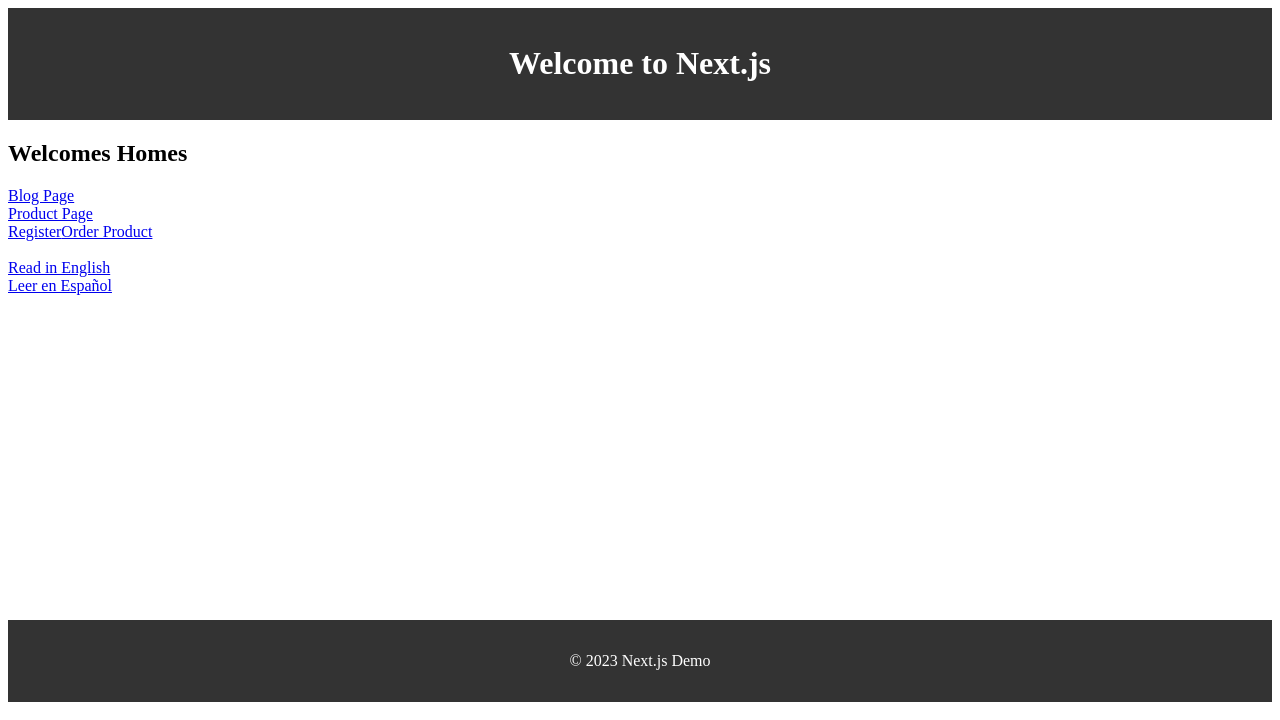
Repository: JasonMorta/NextJs-13_Basics
Page: / (app in NEXTJS15/next13-demo/)
These files come from the project's save history. The page is drawn as it stood at one moment and after the next save; the edit follows.
The browser window is 1280 px wide. The pictures show the whole page.
The project was rebuilt for these pictures with package versions that can differ from the ones it lists, and the page was loaded fresh each time. The framework's server and built-in components were replaced by stand-ins that run in the browser. Also part of the build but not shown: NEXTJS15/next13-demo/next.config.ts.

Above is the page before, as saved 2025-03-03 09:34:05.

After the next save:
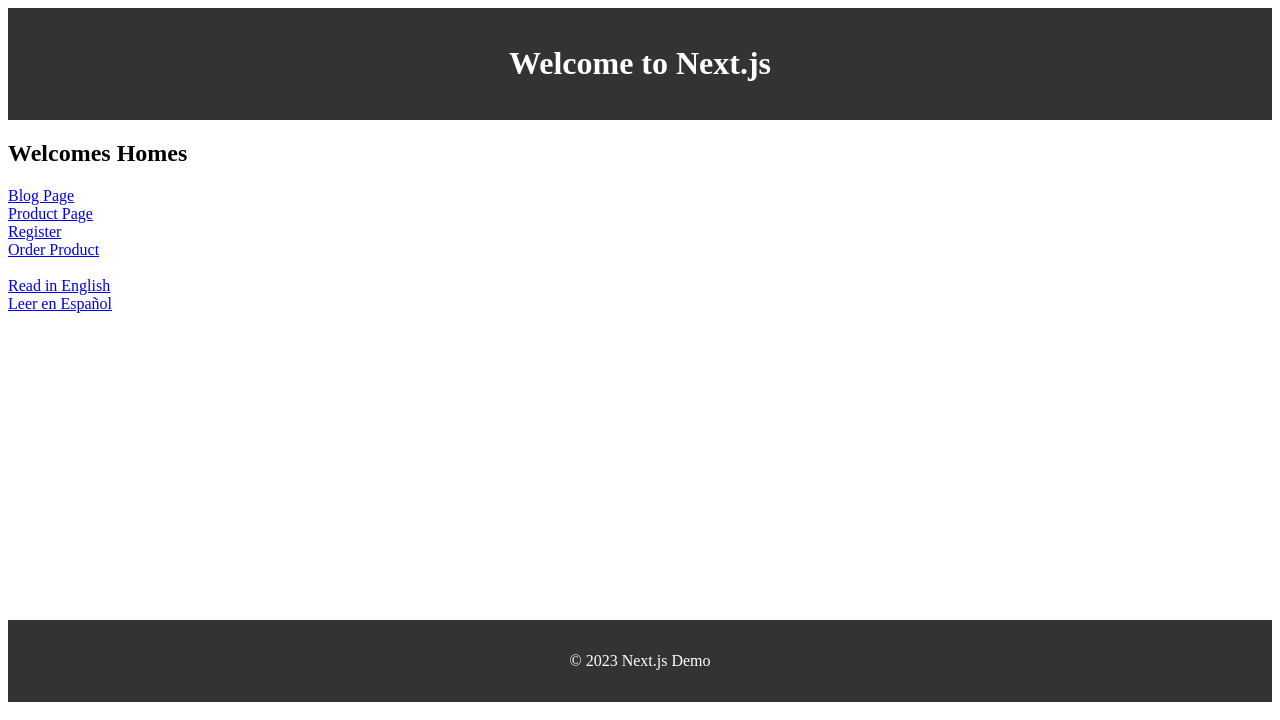
Saved 11 s later.
--- a/NEXTJS15/next13-demo/src/app/page.tsx
+++ b/NEXTJS15/next13-demo/src/app/page.tsx
@@ -7,8 +7,8 @@
       <h1>Welcomes Homes</h1>
       <Link href="/blog">Blog Page</Link><br />
       <Link href="/products">Product Page</Link><br />
-      <Link href="/register">Register</Link>
-      <Link href='/order-product'>Order Product</Link>
+      <Link href="/register">Register</Link><br />
+      <Link href="/order-product">Order Product</Link>
       <br />
       <br />
 
